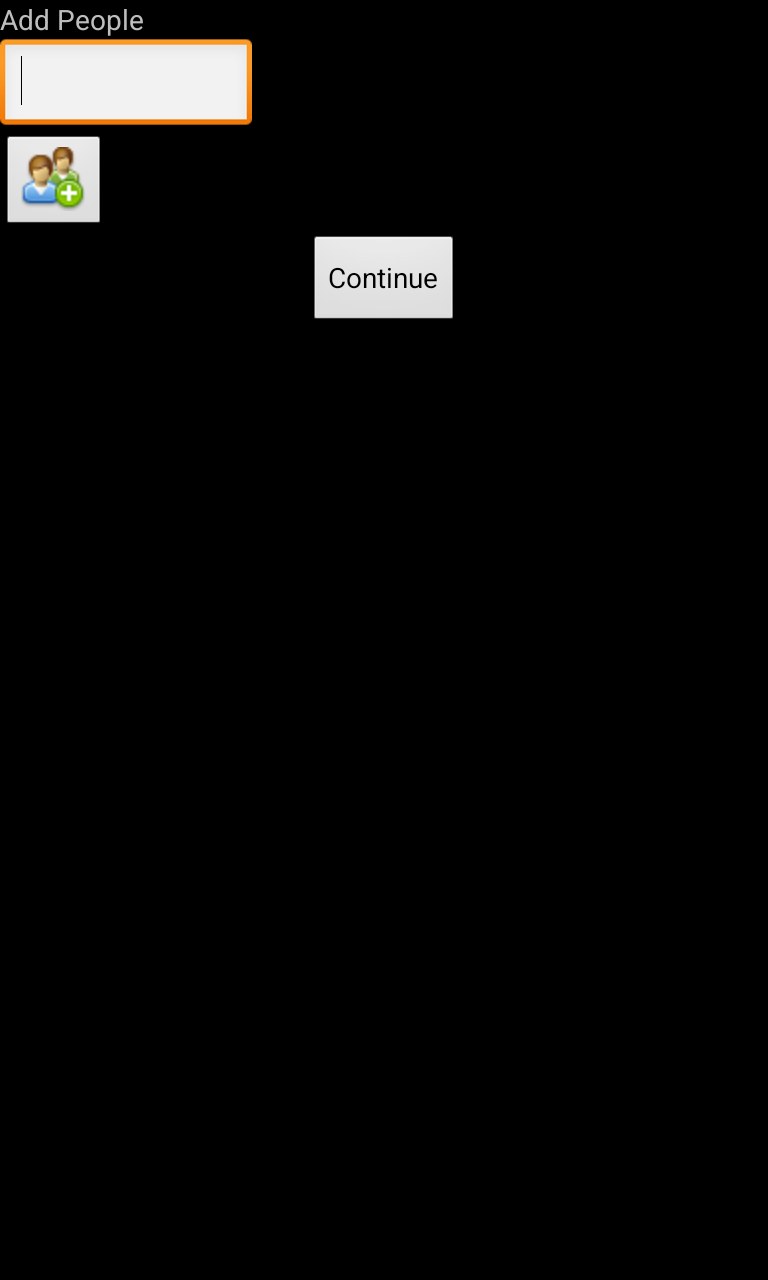
Repository: iyeranan/Expenses
Layout: Expenses/res/layout/main.xml
The author's editor kept a copy of each file at every save. The layout is drawn from the files as they stood at one save, then again after the next save.
It is drawn on a 768 x 1280 px phone screen (xhdpi) without system bars, with theme android:Theme; the app's code is not run.

Above is the layout before, as saved 2012-01-15 01:51:15.

### Expenses/res/layout/main.xml
<?xml version="1.0" encoding="utf-8"?>
<LinearLayout xmlns:android="http://schemas.android.com/apk/res/android"
    android:orientation="vertical"
    android:layout_height="fill_parent" android:layout_width="fill_parent">
<TextView
    android:layout_width="fill_parent"
    android:layout_height="wrap_content"
    android:text="@string/addPeople"
    />
<EditText android:layout_height="wrap_content" android:id="@+id/textPerson" android:layout_width="126dp">
    <requestFocus></requestFocus>
</EditText>
<ImageButton android:src="@drawable/add_person" android:id="@+id/btnAddPeople" android:layout_height="wrap_content" android:layout_width="wrap_content"></ImageButton>
<!-- <Button android:layout_width="wrap_content" android:layout_height="wrap_content" android:text="Add People" android:id="@+id/btnAddPeople"></Button> -->
<TableLayout android:layout_width="fill_parent" android:layout_height="wrap_content" android:id="@+id/tblPersons">
</TableLayout>
<Button android:layout_height="wrap_content" android:layout_width="wrap_content" android:layout_gravity="center_vertical|center_horizontal" android:text="Continue" android:id="@+id/btnContinue"></Button>
</LinearLayout>

### Expenses/res/values/strings.xml
<?xml version="1.0" encoding="utf-8"?>
<resources>
    <string name="addPeople">Add People</string>
    <string name="app_name">Expenses</string>
    <string name="addExpenses">Add Expenses</string>
    <string name="ExpensesShare">ExpensesShare</string>
</resources>

After the next save:
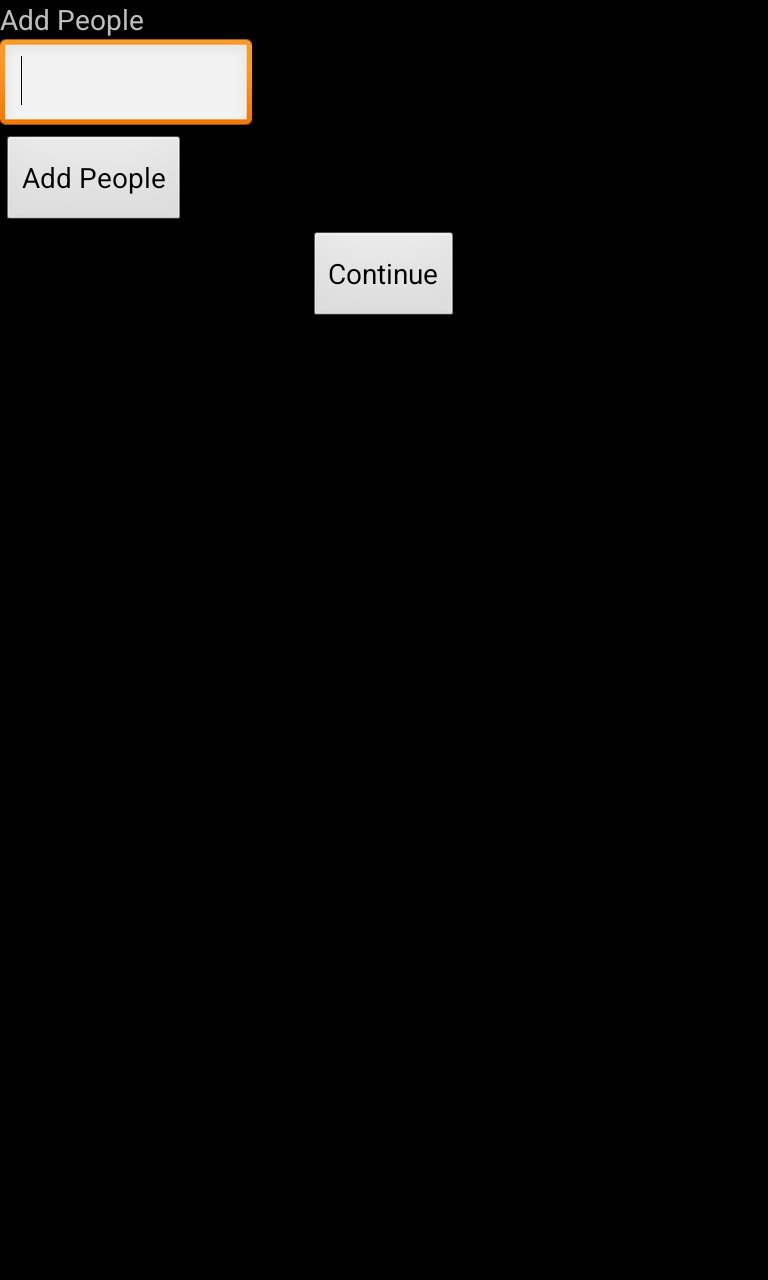
Saved 2 min 28 s later.
--- a/Expenses/res/layout/main.xml
+++ b/Expenses/res/layout/main.xml
@@ -10,8 +10,8 @@
 <EditText android:layout_height="wrap_content" android:id="@+id/textPerson" android:layout_width="126dp">
     <requestFocus></requestFocus>
 </EditText>
-<ImageButton android:src="@drawable/add_person" android:id="@+id/btnAddPeople" android:layout_height="wrap_content" android:layout_width="wrap_content"></ImageButton>
-<!-- <Button android:layout_width="wrap_content" android:layout_height="wrap_content" android:text="Add People" android:id="@+id/btnAddPeople"></Button> -->
+<!-- <ImageButton android:src="@drawable/add_person" android:id="@+id/btnAddPeople" android:layout_height="wrap_content" android:layout_width="wrap_content"></ImageButton> -->
+<Button android:layout_width="wrap_content" android:layout_height="wrap_content" android:text="Add People" android:id="@+id/btnAddPeople"></Button>
 <TableLayout android:layout_width="fill_parent" android:layout_height="wrap_content" android:id="@+id/tblPersons">
 </TableLayout>
 <Button android:layout_height="wrap_content" android:layout_width="wrap_content" android:layout_gravity="center_vertical|center_horizontal" android:text="Continue" android:id="@+id/btnContinue"></Button>
